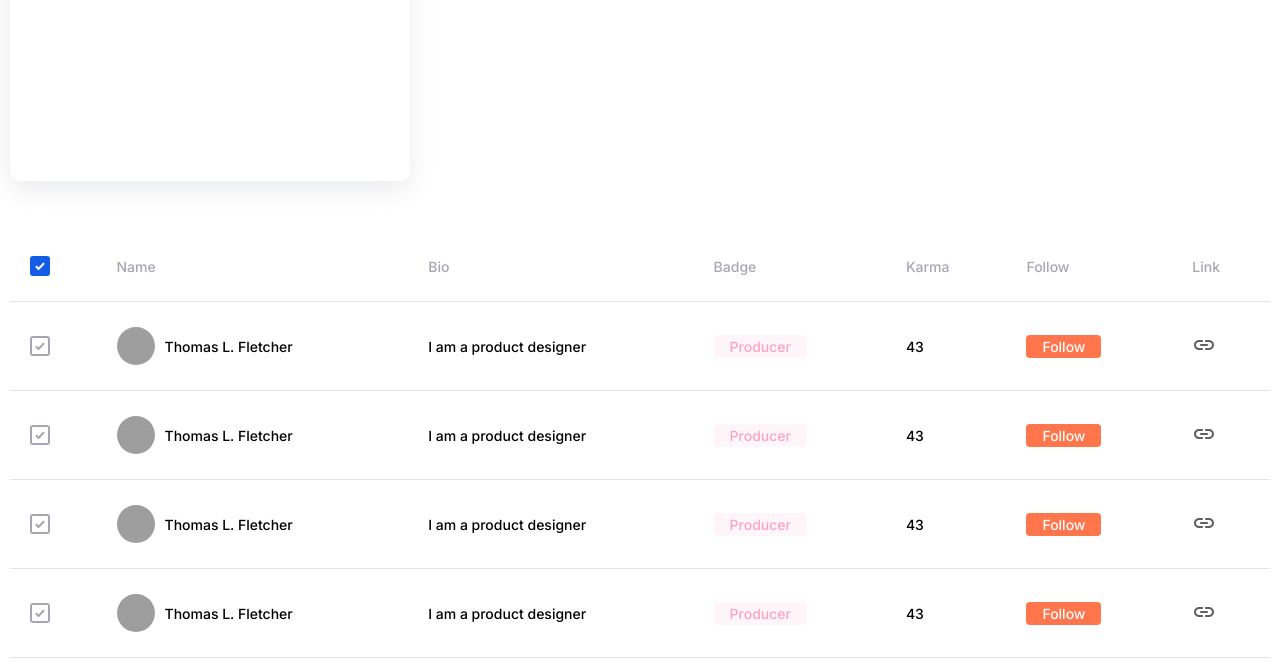
Repository: anhphapap/CSS
Page: test.html
The author's editor kept a copy of each file at every save. The page is drawn from the files as they stood at one save, then again after the next save.
The browser window is 1280 px wide. The pictures show the part of the page from y = 642 to 1310 px (the page is 1310 px tall).
Pictures or frames that could not be fetched are drawn as grey boxes. A picture or video elsewhere on the page could not be fetched, so the positions and the page height are approximate.

Above is the page before, as saved 2023-04-09 19:44:20.

After the next save:
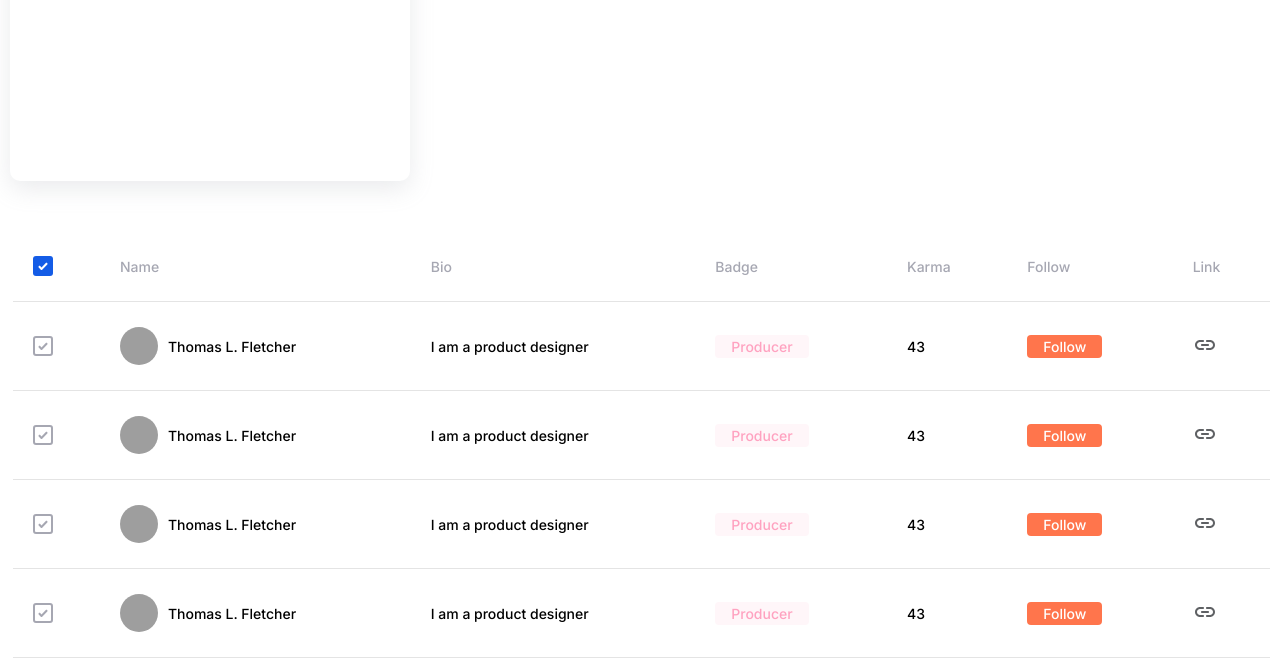
Saved 6 s later.
--- a/CSS/test.css
+++ b/CSS/test.css
@@ -279,6 +279,8 @@ table{
     text-align: left;
     font-size: 14px;
     position: relative;
+    background-color: white;
+    border-left: 3px solid white;
 }
 
 table thead th:first-child,
